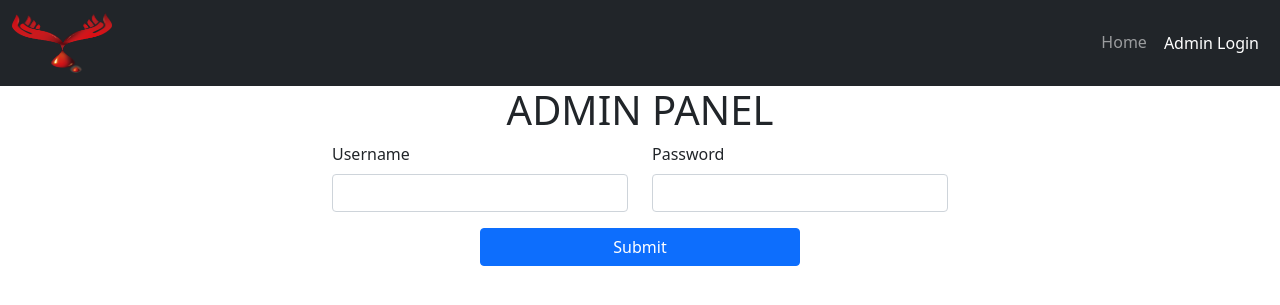
Repository: kshitizJ/Blood-Bank-Management-System-in-jsp
Page: http://localhost/Blood_Bank_Management_System/adminLogin.jsp
An editor plug-in stored every save of this project. The page is shown before and after the next save, followed by the edit.
The browser window is 1280 px wide. The pictures show the whole page.
The page is served by Tomcat 9.

Above is the page before, as saved 2021-04-27 18:30:38.

After the next save:
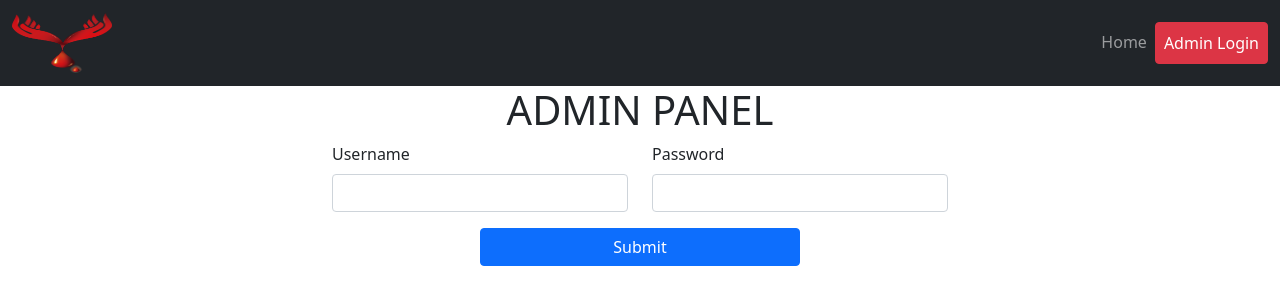
Saved 10 s later.
--- a/Blood Bank Management System/WebContent/adminLogin.jsp
+++ b/Blood Bank Management System/WebContent/adminLogin.jsp
@@ -18,7 +18,7 @@
             <div class="collapse navbar-collapse justify-content-end" id="navbarNav">
                 <ul class="navbar-nav ">
                     <li class="nav-item"><a class="nav-link" href="index.jsp">Home</a></li>
-                    <li class="nav-item"><a class="nav-link btn active" href="adminLogin.jsp">Admin Login</a></li>
+                    <li class="nav-item"><a class="nav-link btn btn-outline-danger active" href="adminLogin.jsp">Admin Login</a></li>
                 </ul>
             </div>
         </div>
